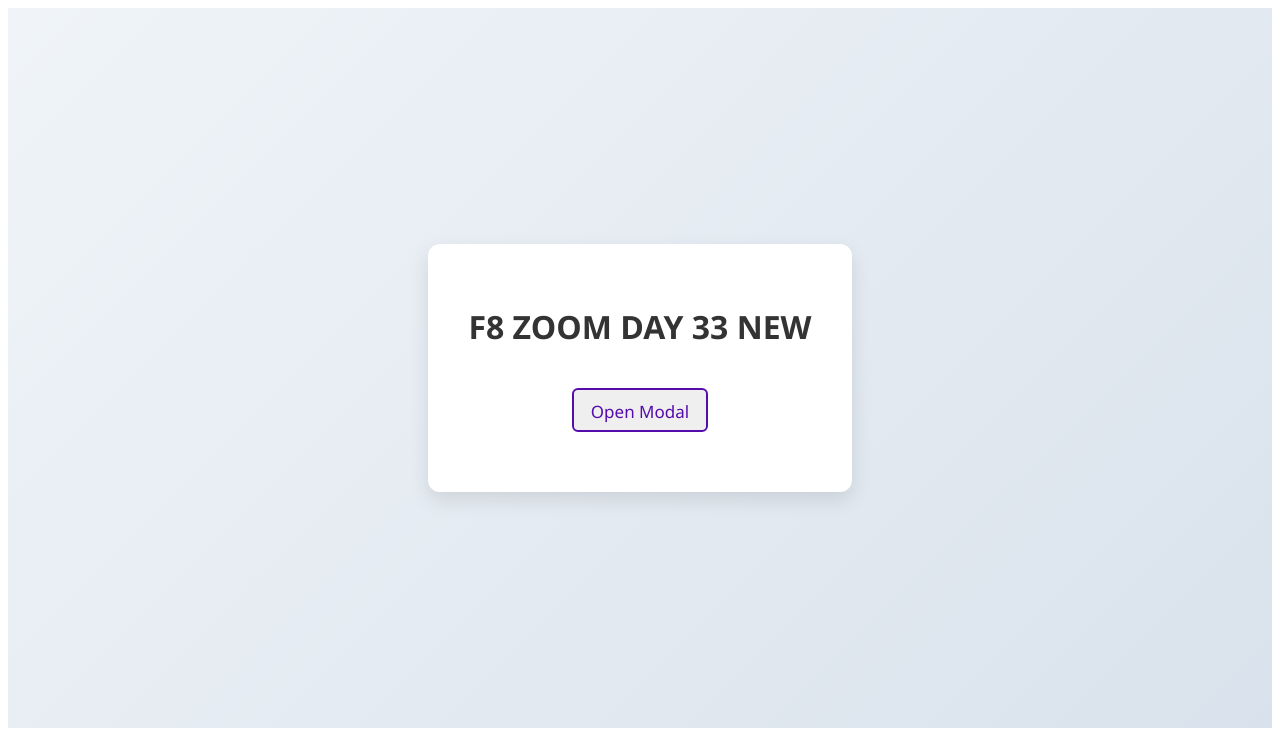
Repository: lannguyen1301/f8-zoom-day-33-new
Page: index.html
An editor plug-in stored every save of this project. The page is shown before and after the next save, followed by the edit.
The browser window is 1280 px wide. The pictures show the whole page.

Above is the page before, as saved 2025-08-06 02:22:12.

### index.html
<!DOCTYPE html>
<html lang="en">

<head>
    <meta charset="UTF-8">
    <meta name="viewport" content="width=device-width, initial-scale=1.0">
    <title>F8 ZOOM DAY 33 NEW</title>
    <link rel="stylesheet" href="./assets/css/style.css">

</head>

<body>
    <div class="main">
        <div class="card">
            <h1 class="title">F8 ZOOM DAY 33 NEW</h1>
            <button id="open-modal">Open Modal</button>
        </div>
    </div>

    <!-- App Modal -->
    <app-modal hidden>
        <div class="header" slot="header">
            <div class="circle"></div>
            <span>x</span>
            <h1 id="heading">F8 ZOOM DAY 33 Components</h1>
        </div>
        <div slot="content">
            <p>Lorem ipsum dolor sit amet consectetur adipisicing elit. Possimus, totam.</p>
            <p>Lorem ipsum, dolor sit amet consectetur adipisicing elit. Praesentium voluptas veniam ea in magni
                temporibus.
            </p>
            <p>Lorem, ipsum dolor sit amet consectetur adipisicing elit. Sapiente aspernatur quod suscipit? Voluptas
                quae ea
                dolorem vero. Omnis, eius soluta!</p>
        </div>

        <div slot="footer">
            <button id="close-btn">Cancel</button>
            <button>Confirm</button>
        </div>
    </app-modal>

    <!-- App Modal Template -->
    <template id="app-modal-tpl">
        <!-- thêm css Externals  -->
        <link rel="stylesheet" href="./style.css">

        <!-- Thêm CSS Internals -->
        <style>
            * {
                padding: 0;
                margin: 0;
                box-sizing: border-box;
            }

            :host {
                --app-modal-heading-color: green;
                --app-modal-padding: 60px
                    /* màu mặc định đang là màu đỏ */
            }

            .modal {
                position: fixed;
                inset: 0;
                display: flex;
                align-items: center;
                justify-content: center;
                flex-direction: column;
                background: rgba(0, 0, 0, 0.6);
            }

            .inner {
                min-width: 350px;
                padding: var(--app-modal-padding, 20px);
                border-radius: 10px;
                background: #fff;
                position: relative;
                /*  */

            }

            #heading {
                color: var(--app-modal-heading-color, red);
            }

            .modal span {
                width: 50px;
                height: 50px;
                font-size: 2rem;
                text-align: center;
                background: #ccc;
                margin: 0;
                position: absolute;
                border-radius: 50%;
            }
        </style>
        <div class="modal">
            <div class="inner">
                <div class="header">
                    <slot name="header"></slot>
                </div>
                <div class="content">
                    <slot name="content"></slot>
                    <h1 id="heading"></h1>
                </div>
                <div class="footer">
                    <slot name="footer"></slot>
                </div>
            </div>
        </div>
    </template>
    <script type="module" src="./main.js"></script>
</body>

</html>

### assets/css/style.css
.main {
    margin: 0;
    height: 100vh;
    display: flex;
    justify-content: center;
    align-items: center;
    background: linear-gradient(135deg, #f0f4f8, #d9e2ec);
    font-family: "Segoe UI", sans-serif;
}

.card {
    background: white;
    padding: 40px;
    border-radius: 12px;
    box-shadow: 0 8px 20px rgba(0, 0, 0, 0.1);
    text-align: center;
    max-width: 400px;
}

.card h1 {
    margin-bottom: 20px;
    color: #333;
}

/* From Uiverse.io by cssbuttons-io */
button {
    --color: #560bad;
    font-family: inherit;
    display: inline-block;
    width: 8em;
    height: 2.6em;
    line-height: 2.5em;
    margin: 20px;
    position: relative;
    cursor: pointer;
    overflow: hidden;
    border: 2px solid var(--color);
    transition: color 0.5s;
    z-index: 0;
    font-size: 17px;
    border-radius: 6px;
    font-weight: 500;
    color: var(--color);
}
button:before {
    content: "";
    position: absolute;
    z-index: -1;
    background: var(--color);
    height: 150px;
    width: 200px;
    border-radius: 50%;
}

button:hover {
    color: #fff;
}

button:before {
    top: 100%;
    left: 100%;
    transition: all 0.7s;
}

button:hover:before {
    top: -30px;
    left: -30px;
}

button:active:before {
    background: #3a0ca3;
    transition: background 0s;
}

span {
    display: block;
    width: 50px;
    height: 50px;
    border-radius: 50%;
    background: #f0f0f0;
    text-align: center;
    color: #560bad;
    font-size: 2rem;
    margin-left: auto;
    margin-right: 0;
    border: 1px solid #560bad;
}

### main.js
import "./Components/app-modal.js";

// Open Modal
const openModalBtn = document.querySelector("#open-modal");
const appModal = document.querySelector("app-modal");

appModal.addEventListener("open", () => {
    // code...
    // alert("Da duoc mo");
});

appModal.addEventListener("close", () => {
    // code...
    // alert("Da dong");
});

openModalBtn.addEventListener("click", () => {
    appModal.open();
});

### Components/app-modal.js
class AppModal extends HTMLElement {
    constructor() {
        super();
        this.attachShadow({ mode: "open" });
    }

    connectedCallback() {
        // cách 1
        // this.removeAttribute("hidden");

        // cách 2
        this.hidden = false;
    }

    open() {
        // Append Template
        const template = document.querySelector("#app-modal-tpl");
        const templateContent = template.content.cloneNode(true);
        this.shadowRoot.appendChild(templateContent);

        // this.addEventListener("click", () => {
        //     this.close();
        // });

        // Set heading
        // const heading = this.shadowRoot.querySelector("#heading");
        // heading.textContent = this.getAttribute("heading");
        this.dispatchEvent(new CustomEvent("open"));
        // heading nằm ở <app-modal id="" heading="Modal 1"></app-modal>

        this.shadowRoot.addEventListener("click", (e) => {
            if (e.target.closest("#close-btn")) {
                this.close();
            }
        });
    }
    close() {
        this.shadowRoot.innerHTML = "";

        this.dispatchEvent(new CustomEvent("close"));
    }
}

// gọi hàm
customElements.define("app-modal", AppModal);

After the next save:
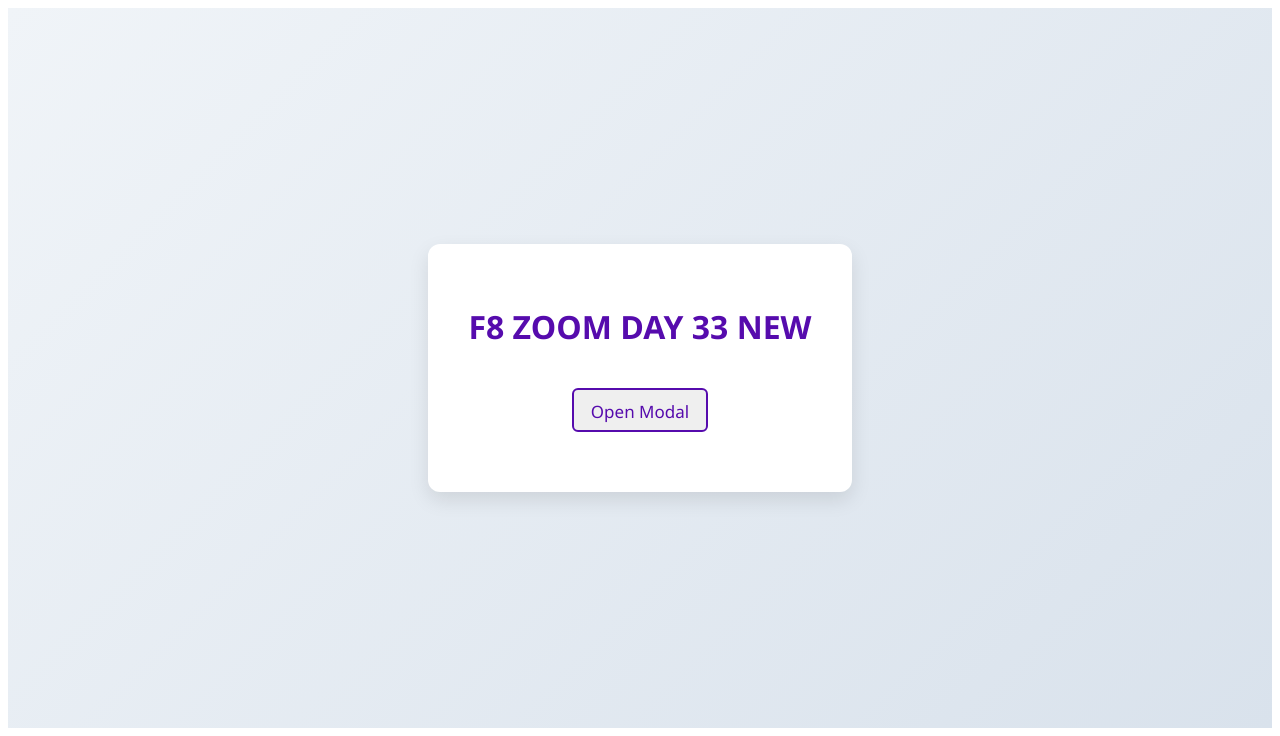
Saved 19 h 57 min later.
--- a/assets/css/style.css
+++ b/assets/css/style.css
@@ -19,7 +19,7 @@
 
 .card h1 {
     margin-bottom: 20px;
-    color: #333;
+    color: #560bad;
 }
 
 /* From Uiverse.io by cssbuttons-io */
